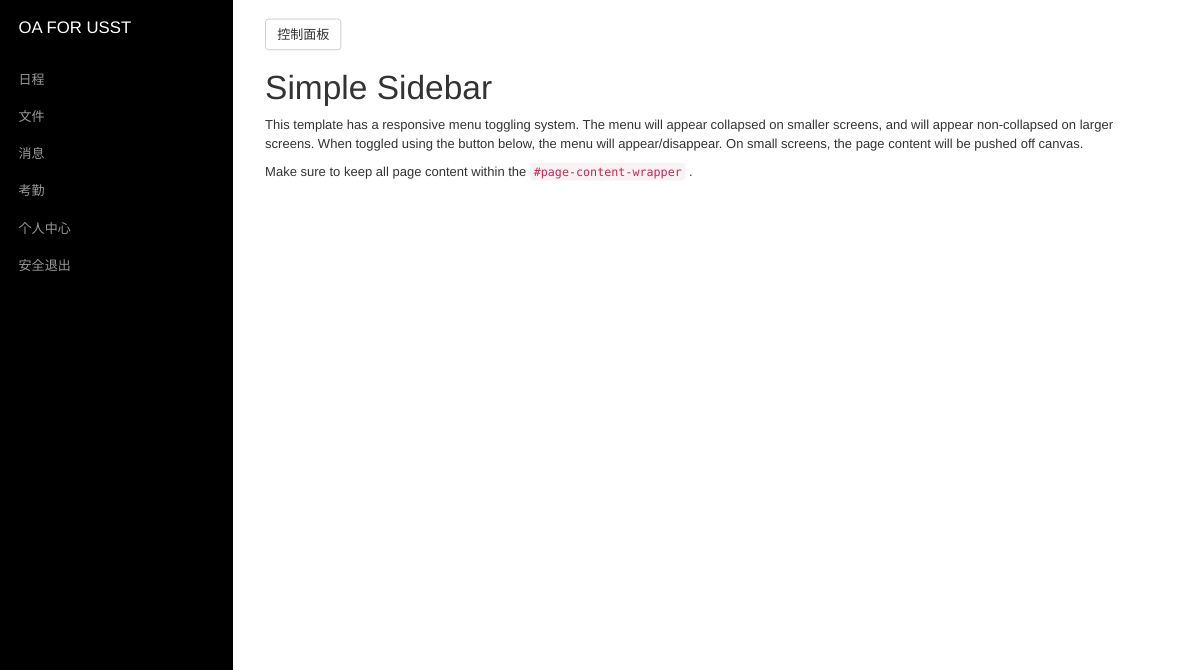
Repository: krzyty/OA_USST
Page: http://localhost/USSTOA/userMain.jsp
The author's editor kept a copy of each file at every save. The page is drawn from the files as they stood at one save, then again after the next save.
The browser window is 1280 px wide. The pictures show the whole page, at 93% of full size.
The page is served by Tomcat 9. Other server files are loaded and not shown.

Above is the page before, as saved 2017-07-05 06:05:38.

### 整合好的(不能修改)/OA_USST/USSTOA/WebContent/userMain.jsp
<%@ page language="java" contentType="text/html; charset=UTF-8"
	pageEncoding="UTF-8"%>
<!DOCTYPE html>
<html lang="en">

<head>

<meta charset="utf-8">
<meta http-equiv="X-UA-Compatible" content="IE=edge">
<meta name="viewport" content="width=device-width, initial-scale=1">
<meta name="description" content="">
<meta name="author" content="">

<title>用户主页</title>

<!-- Bootstrap Core CSS -->
<link href="css/bootstrap.min.css" rel="stylesheet">

<!-- Custom CSS -->
<link href="css/simple-sidebar.css" rel="stylesheet">

</head>

<body>

	<div id="wrapper">

		<!-- Sidebar -->
		<div id="sidebar-wrapper">
			<ul class="sidebar-nav">
				<li class="sidebar-brand"><a href="#"> OA FOR USST </a></li>
				<li><a href="http://www.raychien.site">日程</a></li>
				<li><a href="#">文件</a></li>
				<li><a href="#">消息</a></li>
				<li><a href="#">考勤</a></li>
				<li><a href="#">个人中心</a></li>
				<li><a href="logout">安全退出</a></li>
			</ul>
		</div>
		<!-- /#sidebar-wrapper -->

		<!-- Page Content -->
		<div id="page-content-wrapper">
			<div class="container-fluid">
				<div class="row">
					<div class="col-lg-12">
						<a href="#menu-toggle" class="btn btn-default" id="menu-toggle">控制面板</a>
						<h1>Simple Sidebar</h1>
						<p>This template has a responsive menu toggling system. The
							menu will appear collapsed on smaller screens, and will appear
							non-collapsed on larger screens. When toggled using the button
							below, the menu will appear/disappear. On small screens, the page
							content will be pushed off canvas.</p>
						<p>
							Make sure to keep all page content within the
							<code>#page-content-wrapper</code>
							.
						</p>
					</div>
				</div>
			</div>
		</div>
		<!-- /#page-content-wrapper -->

	</div>
	<!-- /#wrapper -->

	<!-- jQuery -->
	<script src="js/jquery.js"></script>

	<!-- Bootstrap Core JavaScript -->
	<script src="js/bootstrap.min.js"></script>

	<!-- Menu Toggle Script -->
	<script>
		$("#menu-toggle").click(function(e) {
			e.preventDefault();
			$("#wrapper").toggleClass("toggled");
		});
	</script>

</body>

</html>

### 整合好的(不能修改)/OA_USST/USSTOA/WebContent/css/simple-sidebar.css
/*!
 * Start Bootstrap - Simple Sidebar HTML Template (http://startbootstrap.com)
 * Code licensed under the Apache License v2.0.
 * For details, see http://www.apache.org/licenses/LICENSE-2.0.
 */

/* Toggle Styles */

#wrapper {
    padding-left: 0;
    -webkit-transition: all 0.5s ease;
    -moz-transition: all 0.5s ease;
    -o-transition: all 0.5s ease;
    transition: all 0.5s ease;
}

#wrapper.toggled {
    padding-left: 250px;
}

#sidebar-wrapper {
    z-index: 1000;
    position: fixed;
    left: 250px;
    width: 0;
    height: 100%;
    margin-left: -250px;
    overflow-y: auto;
    background: #000;
    -webkit-transition: all 0.5s ease;
    -moz-transition: all 0.5s ease;
    -o-transition: all 0.5s ease;
    transition: all 0.5s ease;
}

#wrapper.toggled #sidebar-wrapper {
    width: 250px;
}

#page-content-wrapper {
    width: 100%;
    position: absolute;
    padding: 15px;
}

#wrapper.toggled #page-content-wrapper {
    position: absolute;
    margin-right: -250px;
}

/* Sidebar Styles */

.sidebar-nav {
    position: absolute;
    top: 0;
    width: 250px;
    margin: 0;
    padding: 0;
    list-style: none;
}

.sidebar-nav li {
    text-indent: 20px;
    line-height: 40px;
}

.sidebar-nav li a {
    display: block;
    text-decoration: none;
    color: #999999;
}

.sidebar-nav li a:hover {
    text-decoration: none;
    color: #fff;
    background: rgba(255,255,255,0.2);
}

.sidebar-nav li a:active,
.sidebar-nav li a:focus {
    text-decoration: none;
}

.sidebar-nav > .sidebar-brand {
    height: 65px;
    font-size: 18px;
    line-height: 60px;
}

.sidebar-nav > .sidebar-brand a {
    color: #999999;
}

.sidebar-nav > .sidebar-brand a:hover {
    color: #fff;
    background: none;
}

@media(min-width:768px) {
    #wrapper {
        padding-left: 250px;
    }

    #wrapper.toggled {
        padding-left: 0;
    }

    #sidebar-wrapper {
        width: 250px;
    }

    #wrapper.toggled #sidebar-wrapper {
        width: 0;
    }

    #page-content-wrapper {
        padding: 20px;
        position: relative;
    }

    #wrapper.toggled #page-content-wrapper {
        position: relative;
        margin-right: 0;
    }
}

Loaded but not shown: 整合好的(不能修改)/OA_USST/USSTOA/WebContent/css/bootstrap.min.css (library); 整合好的(不能修改)/OA_USST/USSTOA/WebContent/js/jquery.js (library); 整合好的(不能修改)/OA_USST/USSTOA/WebContent/js/bootstrap.min.js (library)

After the next save:
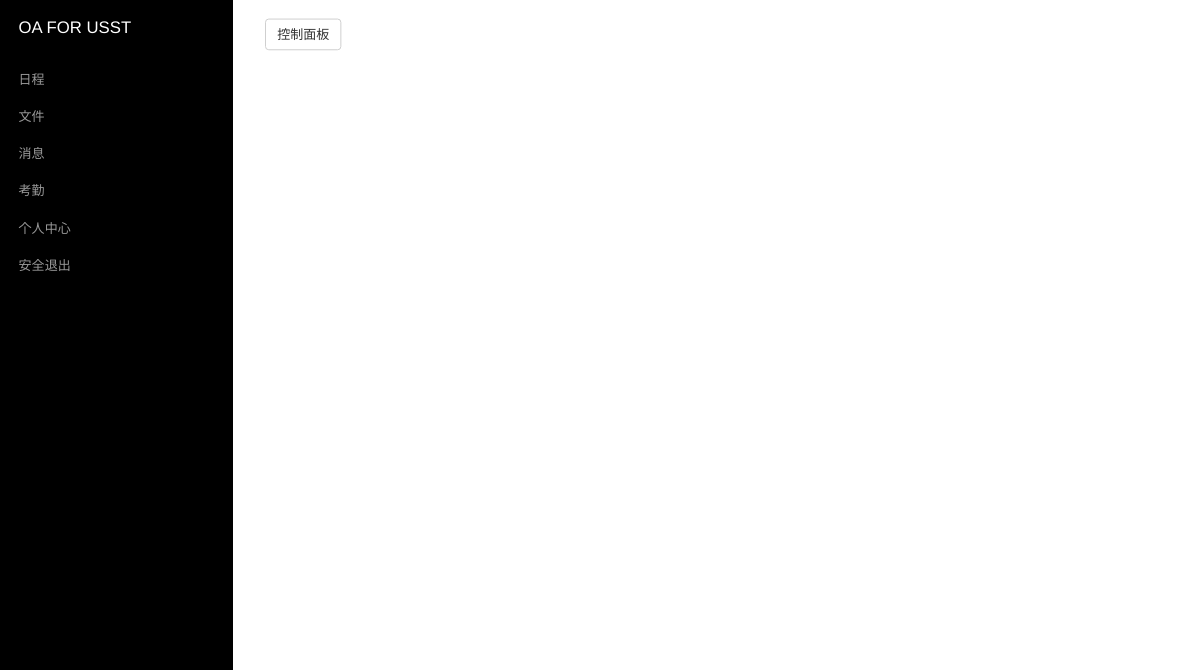
Saved 100 s later.
--- a/整合好的(不能修改)/OA_USST/USSTOA/WebContent/userMain.jsp
+++ b/整合好的(不能修改)/OA_USST/USSTOA/WebContent/userMain.jsp
@@ -45,17 +45,7 @@
 				<div class="row">
 					<div class="col-lg-12">
 						<a href="#menu-toggle" class="btn btn-default" id="menu-toggle">控制面板</a>
-						<h1>Simple Sidebar</h1>
-						<p>This template has a responsive menu toggling system. The
-							menu will appear collapsed on smaller screens, and will appear
-							non-collapsed on larger screens. When toggled using the button
-							below, the menu will appear/disappear. On small screens, the page
-							content will be pushed off canvas.</p>
-						<p>
-							Make sure to keep all page content within the
-							<code>#page-content-wrapper</code>
-							.
-						</p>
+						<iframe name="useriframe" width="100%" height="100%" frameborder="no"></iframe>
 					</div>
 				</div>
 			</div>

After the 2 saves that followed:
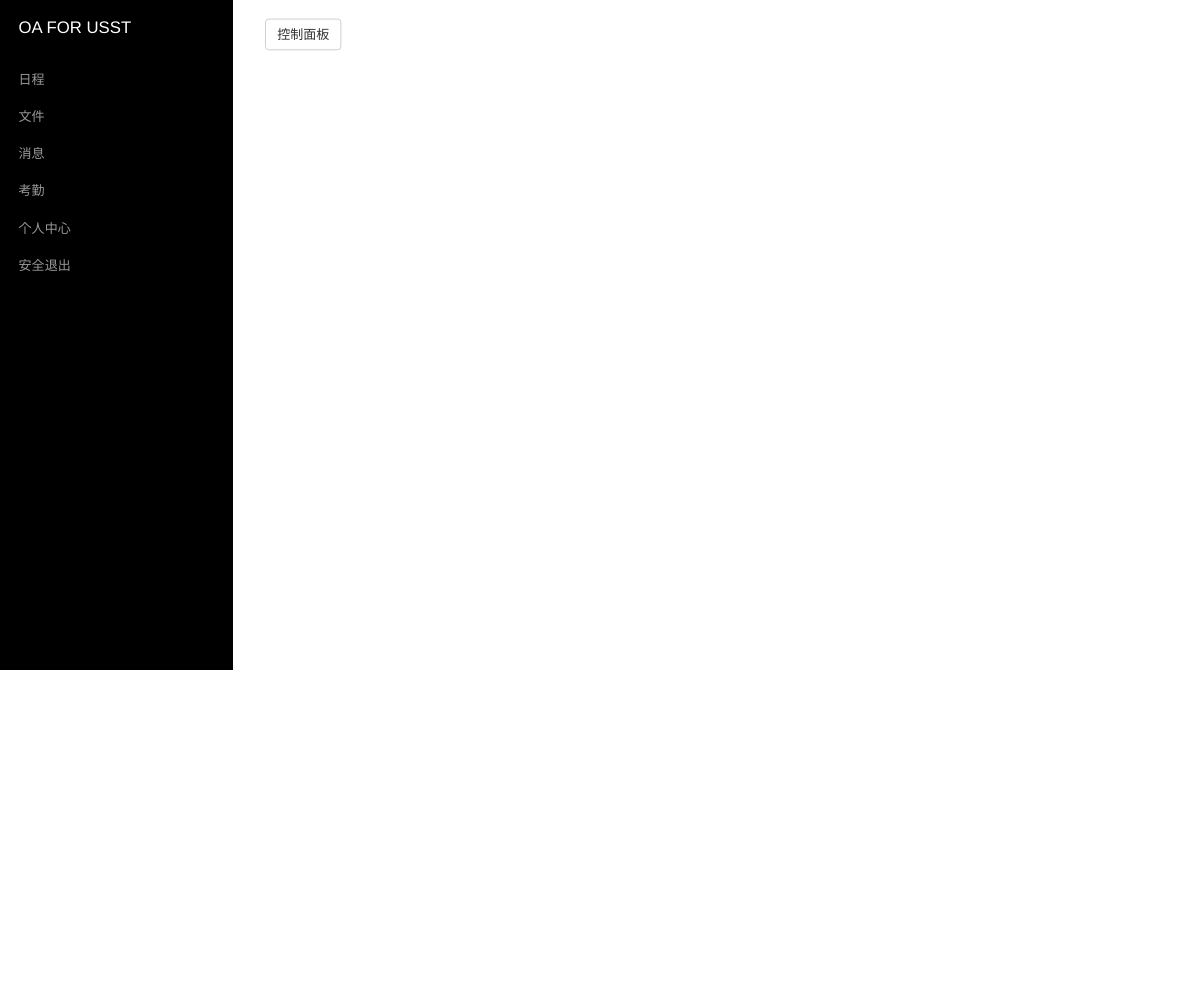
The 2 saves are shown as one change because 1 left the picture as it was.
The last was saved 5 min 14 s later.
--- a/整合好的(不能修改)/OA_USST/USSTOA/WebContent/userMain.jsp
+++ b/整合好的(不能修改)/OA_USST/USSTOA/WebContent/userMain.jsp
@@ -30,7 +30,7 @@
 			<ul class="sidebar-nav">
 				<li class="sidebar-brand"><a href="#"> OA FOR USST </a></li>
 				<li><a href="http://www.raychien.site">日程</a></li>
-				<li><a href="#">文件</a></li>
+				<li><a href="filemanage.jsp" target="useriframe">文件</a></li>
 				<li><a href="#">消息</a></li>
 				<li><a href="#">考勤</a></li>
 				<li><a href="#">个人中心</a></li>
@@ -45,7 +45,7 @@
 				<div class="row">
 					<div class="col-lg-12">
 						<a href="#menu-toggle" class="btn btn-default" id="menu-toggle">控制面板</a>
-						<iframe name="useriframe" width="100%" height="100%" frameborder="no"></iframe>
+						<iframe name="useriframe" width="100%" height="1000px" frameborder="no"></iframe>
 					</div>
 				</div>
 			</div>
